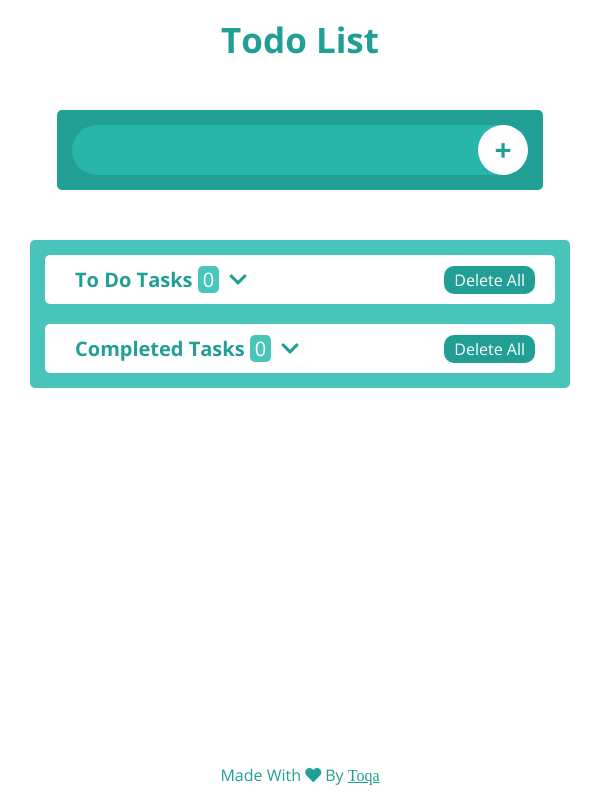
Repository: Toqa-25/todo-list
Page: index.html
An editor plug-in stored every save of this project. The page is shown before and after the next save, followed by the edit.
The browser window is 600 px wide. The pictures show the whole page.
Some web fonts or font styles are not loaded; a fallback is used.

Above is the page before, as saved 2022-02-07 16:45:32.

### index.html
<!DOCTYPE html>
<html lang="en">
<head>
    <meta charset="UTF-8">
    <meta http-equiv="X-UA-Compatible" content="IE=edge">
    <meta name="viewport" content="width=device-width, initial-scale=1.0">
     <!-- css fils -->
     <link rel="stylesheet" href="css/normalize.css">
     <link rel="stylesheet" href="css/all.min.css">
     <link rel="stylesheet" href="css/style.css">
     <!-- google fonts -->
     <link rel="preconnect" href="https://fonts.googleapis.com">
     <link rel="preconnect" href="https://fonts.gstatic.com" crossorigin>
     <link href="https://fonts.googleapis.com/css2?family=Open+Sans:wght@300;400;500;600;700;800&display=swap" rel="stylesheet">
     <link href="https://fonts.googleapis.com/css2?family=Pushster&amp;display=swap" rel="stylesheet">
     <!-- page title -->
    <title>ToDo List</title>
</head>
<body>
    <section class="todo-section container">
        <div class="todo-main-head ">
            <h2 class="todo-head">todo list</h2>
        </div>
        <div class="todo-input  ">
            <input type="text" name="" id="input-field">
            <span class="pluse" id="plus">+</span>
        </div>
        <div class="todo-group pad ">
        <div class="todo-list doing" id="todo-list-do">
             <div class="todo-list-header-group">
                 <h4 class="todo-list-head">to do tasks <span class="tasks-number"></span><i class="fas fa-chevron-down todo-chevron"></i></h4>
                <button class="btn delet-all-tasks">delete all</button>
            </div>
           <div class="todo-list-content todo">
           </div>
        </div>
        <div class="todo-list completed" id="todo-list-complete">
            <div class="todo-list-header-group">
                <h4 class="todo-list-head">completed tasks <span class="completed-tasks-number"></span><i class="fas fa-chevron-down complete-chevron"></i></h4>
                <button class="btn delet-all-completed-tasks">delete all</button>
            </div>
           <div class="todo-list-content complet">
           </div>
        </div>
        </div>
    </section>
    <div class="bottom-group">
             <p>made with <i class="fas fa-heart"></i> by <a class="developer link-none" href="https://toqa-25.github.io/portfolio/">toqa</a></p>
    </div>

    <script src="js/script.js"></script>
    <script src="https://unpkg.com/sweetalert/dist/sweetalert.min.js"></script>
</body>
</html>

### css/style.css
/* component style */
:root{
    --main-color:#219F94;
    --main-alt-color:#2bbbafda;
    --white-color:#fff;
    --text-color:#C1DEAE;
}
*{
     margin:0;
     padding:0;
     box-sizing: border-box;
}
html{
    scroll-behavior: smooth;
}
body{
    font-family: 'Open Sans', sans-serif;
    min-height: 100vh;
}
.container{
    width:90%;
    margin:0 auto;
}

.pad{
    padding: 30px 0;
}

/* element style */
section{
    display: flex;
    align-items: center;
    flex-direction: column;
    min-height: calc(100vh - 50px);
    gap:50px;

}
.todo-main-head {
    /* padding-top: 20px;
    margin-top: 20px; */
    margin: 20px auto 0;
}
.todo-head {
    color: var(--main-color);
    font-weight: bold;
    text-transform: capitalize;
    font-size: 35px;
    text-align: center;
}
.todo-input{
    background-color: var(--main-color);
    position: relative;
    border-radius: 5px;
    width: 600px;
    margin: 0 auto;
    padding: 15px 0;
}
@media(max-width:991px){
   .todo-input{
       width:90%;
   }
}
#input-field {
    width: calc(100% - 30px);
    margin: 0 15px;
    height: 50px;
    border: none;
    outline: none;
    background-color: var(--main-alt-color);
    color: #fff;
    padding:5px 20px;
    border-radius: 25px;
    -webkit-border-radius: 25px;
    -moz-border-radius: 25px;
    -ms-border-radius: 25px;
    -o-border-radius: 25px;
}
#input-field:focus{

}
.pluse {
    width: 50px;
    height: 50px;
    background-color: var(--white-color);
    border-radius: 50%;
    display: inline-block;
    padding: 21px;
    text-align: center;
    font-size: 30px;
    display: flex;
    justify-content: center;
    align-items: center;
    position: absolute;
    right: 15px;
    top: 50%;
    transform: translateY(-50%);
    color: var(--main-color);
    font-weight: bold;
    cursor: pointer;
}

.todo-group {
    background-color: var(--main-alt-color);
    /* margin-top: 30px; */
    padding: 15px;
    display: flex;
    justify-content: space-between;
    align-items: center;
    gap:20px;
    flex-direction: column;
    width:fit-content;
    border-radius: 5px;

}
.todo-list {
    background-color: var(--white-color);
    padding: 10px 20px;
    color: var(--main-color);
    flex:1;
    border-radius: 5px;
     width: 600px;
}
@media(max-width:767px){

    .todo-list {
        width:100%;
    }
}
.todo-list-content , .complet {
    padding:20px;
    display: none;
}
.todo-list-task-group {
    display: flex;
    justify-content: space-between;
    align-items: center;
    border: 1px solid var(--main-alt-color);
    padding: 5px;
    border-radius: 6px;
    margin-bottom: 10px;
}
.todo-list-task {
    padding: 5px 20px;
    display: flex;
    justify-content: space-between;
    align-items: center;
    position: relative;
    margin:10px 5px;
    width:80%;
}
.todo-list-task:before{
    content:"";
    position: absolute;
    top:0;
    left:0;
    height: 100%;
    background-color: var(--main-alt-color);
    width: 8px;
    border-radius: 0px 100px 100px 0px;
}
.btn {
    color: var(--white-color);
    width: fit-content;
    /* height: 27px; */
    padding: 5px 10px;
    background-color: var(--main-color);
    border: none;
    border-radius: 10px;
    cursor: pointer;
    text-transform: capitalize;
}
.todo-list-header-group {
    display: flex;
    justify-content: space-between;
    align-items: center;
    /* flex-wrap: wrap; */
}
.todo-list-head {
    text-transform: capitalize;
    width: fit-content;
    /* margin: auto; */
    /* text-align: center; */
    padding: 3px 10px;
    font-size: 20px;
}
.todo-list-text {
    /* text-transform: capitalize; */
}
.completed-task{
    position: relative;
}
.todo-list-checked {
    width: 15px;
    height: 15px;
    border: 1px solid var(--main-color);
    border-radius: 3px;
    display: flex;
    justify-content: center;
    align-items: center;
}
.completed-task:after{
    content: "";
    width: 90%;
    height: 2px;
    border-radius: 2px;
    position: absolute;
    top: 50%;
    left: 50%;
    transform: translate(-50%, -50%);
    background-color: var(--main-color);
}
.todo-list-checked i {
    font-size: 15px;
    margin-left: 3px;
    margin-bottom: 0px;
}
.completed-tasks-number,.tasks-number {
    padding: 0px 5px;
    background-color: var(--main-alt-color);
    color: #fff;
    border-radius: 5px;
    font-weight: normal;
}
i.fas.fa-chevron-down {
    margin-left: 10px;
}
.bottom-group{
color:var(--main-color);
text-align: center;
margin: 16px auto;
}
.bottom-group p{
    text-transform:capitalize;
}
.bottom-group p a{
    font-family: 'Pushster', cursive;
     color:var(--main-color);
}
.show{
    display:block;
}
.sign-login-group {
    width: fit-content;
    display: flex;
    justify-content: space-between;
    align-content: center;
    flex-direction: column;
    gap: 30px;
    margin-top: 100px;
}
.todo-input-group {
    min-width: 300px;
    display: flex;
    justify-content: space-between;
    align-content: center;
    flex-wrap: wrap;
    gap: 30px;
}
.todo-input-group label {
    text-transform: capitalize;
    color: var(--main-color);
    font-weight: bold;
}
.todo-input-group input {
    padding: 5px 10px;
    border-radius: 7px;
    border-color: var(--main-color);
    outline: none;
    color: var(--main-color);

}
.buttons-group {
    display: flex;
    justify-content: center;
    width: fit-content;
    align-items: center;
    gap: 10px;
    margin: 0 auto;
}
.buttons-group span{
    text-transform: uppercase;
    font-weight: bold;
    color: var(--main-color);
}
.sign-login-group .btn  {
    margin: auto;
    color: #fff;
    font-size: 18px;
}
.sign-login-group .buttons-group a {
  font-size: 20px;
    color: var(--main-color);
}

@media (max-width:767px){
    .todo-group{
        width: 100%;
    }
}

@media (max-width:375px){
    .todo-list-head {
    font-size: 12px;
}
.todo-list-header-group {
    flex-direction: column;
}
.todo-list-header-group .btn{
    margin-left: 8px;
    margin-top: 10px;
}
}

### js/script.js

// const variables
let inputTask = document.getElementById("input-field"),
    plusButton = document.getElementById("plus"),
    toDoContent = document.querySelector(".todo"),
    completeContent = document.querySelector(".complet"),
    taskText = document.querySelector(".todo-list-text"),
    numberOfTasks = document.querySelector(".tasks-number"),
    numberOfCompletedTasks = document.querySelector(".completed-tasks-number"),
    todoChevron = document.querySelector(".todo-chevron"),
    completeChevron = document.querySelector(".complete-chevron"),
    deleteAllTasks = document.querySelector(".delet-all-tasks"),
    deleteAllCompletedTasks = document.querySelector(".delet-all-completed-tasks");

// var variables
var checkedSpan = [...document.querySelectorAll(".todo-list-checked")];
var checkedClasses = [...document.querySelectorAll(".checked")];
var buttonSgroup = [...document.querySelectorAll(".delete")];
let todoList = JSON.parse(localStorage.getItem("tasks"))
  ? JSON.parse(localStorage.getItem("tasks"))
  : [];
let completeList = JSON.parse(localStorage.getItem("completedTasks"))
  ? JSON.parse(localStorage.getItem("completedTasks"))
  : [];
/********************************************************** */
if ( todoList.length >= 1) {
    numberOfTasks.innerHTML = todoList.length;
}
else{
    numberOfTasks.innerHTML = 0;
}

if (completeList && completeList.length >= 1) {
  numberOfCompletedTasks.innerHTML = completeList.length;
} else {
  numberOfCompletedTasks.innerHTML = 0;
}
/********************************************************** */
window.onload = function () {
    inputTask.focus()
}
plusButton.onclick = addTask;
inputTask.addEventListener("keyup", function (event) {
  // Number 13 is the "Enter" key on the keyboard
  if (event.keyCode === 13) {
    addTask();
  }
});
/************************************* */
// 1- add task
function addTask() {
  if (inputTask.value != null && inputTask.value != "") {
      if (todoList.includes(inputTask.value.trim())) {
          swal("This Task is  Already Exists.");
      }
          toDoContent.innerHTML += `  <div class="todo-list-task-group">
                                        <div class="todo-list-task doing-task">
                                            <p class="todo-list-text">${inputTask.value.trim()}</p>
                                            <span id="todo-list-doing" class="todo-list-checked"></span>
                                        </div>
                                        <button class="btn delete">delete</button>
                                    </div>`;
          todoList = [...todoList, inputTask.value.trim()];
          localStorage.setItem("tasks", JSON.stringify(todoList));
          inputTask.value = "";
          currentTasks(toDoContent, todoList);
          checkedSpan = [];
          checkedSpan = [...document.querySelectorAll(".todo-list-checked")];
          checkedTask(checkedSpan);
          buttonSgroup = [];
          buttonSgroup = [...document.querySelectorAll(".delete")];
          deleteUneededTask(buttonSgroup);
          numberOfTasks.innerHTML.innerHTML++;
          inputTask.focus();

  }
  else {
      swal("Enter Your Task");
  }
}

// 2- drow new tasks
function currentTasks(plceContent, tasksArray) {
  plceContent.innerHTML = "";
  for (i = 0; i < tasksArray.length; i++) {
    plceContent.innerHTML += `<div class="todo-list-task-group">
                <div class="todo-list-task doing-task">
                <p class="todo-list-text">${tasksArray[i]}</p>
                <span id="todo-list-doing" class="todo-list-checked"></span>
                </div>
                <button class="btn delete">delete</button>
                </div>`;
  }
  checkedSpan = [];
  checkedSpan = [...document.querySelectorAll(".todo-list-checked")];
  checkedTask(checkedSpan);
//   console.log("current", checkedSpan);
  buttonSgroup = [];
  buttonSgroup = [...document.querySelectorAll(".delete")];
    deleteUneededTask(buttonSgroup);
       numberOfTasks.innerHTML = "";
       numberOfTasks.innerHTML = todoList.length;
}
currentTasks(toDoContent, todoList);

// 3- drow new tasks
function currentCheckedTasks(plceContent, tasksArray) {
  plceContent.innerHTML = "";
  for (i = 0; i < tasksArray.length; i++) {
    plceContent.innerHTML += `<div class="todo-list-task-group ">
                <div class="todo-list-task doing-task completed-task">
                <p class="todo-list-text">${tasksArray[i]}</p>
                <span id="todo-list-doing" class="todo-list-checked checked"><i class="fas fa-check"></i></span>
                </div>
                <button class="btn delete">delete</button>
                </div>`;
  }
  checkedClasses = [];
  checkedClasses = [...document.querySelectorAll(".checked")];
  unCheckedTask(checkedClasses);
  buttonSgroup = [];
  buttonSgroup = [...document.querySelectorAll(".delete")];
    deleteUneededTask(buttonSgroup);
        numberOfCompletedTasks.innerHTML = "";
        numberOfCompletedTasks.innerHTML = completeList.length;
}
currentCheckedTasks(completeContent, completeList);

// 4- drow completed tasks

function checkedTask(checkBoxs) {
  checkBoxs.forEach((checkBox) => {
    checkBox.onclick = function addChecked(checkBox) {
      deleteTask(checkBox.currentTarget);
      transformTask(checkBox.currentTarget);
    };
  });
}
checkedTask(checkedSpan);

//5- drow uncompleted Tasks
function unCheckedTask(checkBoxs) {
  checkBoxs.forEach((checkBox) => {
    checkBox.onclick = function addChecked(checkBox) {
      deleteTask(checkBox.currentTarget);
        transformTask(checkBox.currentTarget);
    };
  });
}
unCheckedTask(checkedClasses);

// 6- delete tasks
/************************************* */
function deleteTask(current) {
  let currentParent = current.parentElement,
    element = currentParent.parentElement,
    elementFirstParent = element.firstElementChild,
    elementText = elementFirstParent.firstElementChild.innerHTML;
    if (elementFirstParent.classList.contains("completed-task")) {
        completeList.splice(completeList.indexOf(elementText), 1);
        localStorage.setItem("completedTasks", JSON.stringify(completeList));
        numberOfCompletedTasks.innerHTML = ""
        numberOfCompletedTasks.innerHTML = completeList.length

} else {
    todoList.splice(todoList.indexOf(elementText), 1);
    localStorage.setItem("tasks", JSON.stringify(todoList));
    numberOfTasks.innerHTML = ""
    numberOfTasks.innerHTML = todoList.length
}
element.remove();
console.log(element);
console.log(elementText);
}

function transformTask(current) {
  let currentParent = current.parentElement,
    element = currentParent.parentElement,
    elementFirstParent = element.firstElementChild,
    elementText = elementFirstParent.firstElementChild.innerHTML;
  if (elementFirstParent.classList.contains("completed-task")) {
    todoList = [...todoList, elementText];
    localStorage.setItem("tasks", JSON.stringify(todoList));
    currentTasks(toDoContent, todoList);
  } else {
    // completeList.push(elementText);
        completeList = [...completeList, elementText];
    localStorage.setItem("completedTasks", JSON.stringify(completeList));
    currentCheckedTasks(completeContent, completeList);
  }
}

function deleteUneededTask(checkBoxs) {
  checkBoxs.forEach((checkBox) => {
    checkBox.onclick = function addChecked(checkBox) {
      let element = checkBox.currentTarget.parentElement,
        elementFirstParent = element.firstElementChild,
        elementText = elementFirstParent.firstElementChild.innerHTML;

      element.remove();
      if (elementFirstParent.classList.contains("completed-task")) {
        completeList.splice(completeList.indexOf(elementText), 1);
          localStorage.setItem("completedTasks", JSON.stringify(completeList));
              numberOfCompletedTasks.innerHTML = "";
              numberOfCompletedTasks.innerHTML = completeList.length;
      } else {
        todoList.splice(todoList.indexOf(elementText), 1);
        localStorage.setItem("tasks", JSON.stringify(todoList));
           numberOfTasks.innerHTML = "";
           numberOfTasks.innerHTML = todoList.length;
      }
      console.log(elementText);
      console.log(elementFirstParent);
      console.log(element);
    };
  });
}
deleteUneededTask(buttonSgroup);


todoChevron.onclick = function (){
    toDoContent.classList.toggle("show")
}
completeChevron.onclick = function () {
  completeContent.classList.toggle("show")
};

deleteAllTasks.onclick = function () {
    toDoContent.innerHTML = ""
    todoList = [];
    localStorage.setItem("tasks", JSON.stringify(todoList));
    currentTasks(toDoContent, todoList);
}
deleteAllCompletedTasks.onclick = function () {
  toDoContent.innerHTML = "";
  completeList = [];
  localStorage.setItem("completedTasks", JSON.stringify(completeList));
  currentCheckedTasks(completeContent, completeList);
};

Loaded but not shown: css/normalize.css (library); css/all.min.css (library)

After the next save:
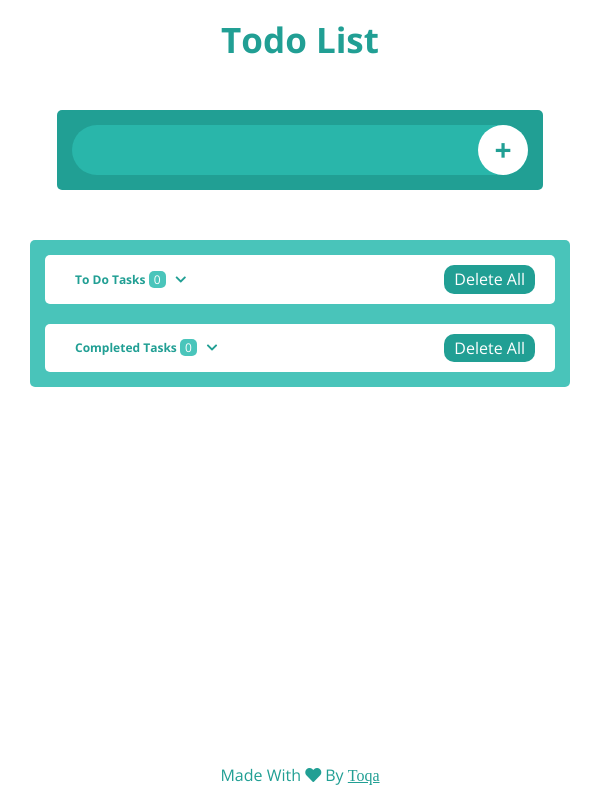
Saved 31 s later.
--- a/css/style.css
+++ b/css/style.css
@@ -296,6 +296,9 @@ margin: 16px auto;
     .todo-group{
         width: 100%;
     }
+    .todo-list-head {
+    font-size: 12px;
+    }
 }
 
 @media (max-width:375px){
